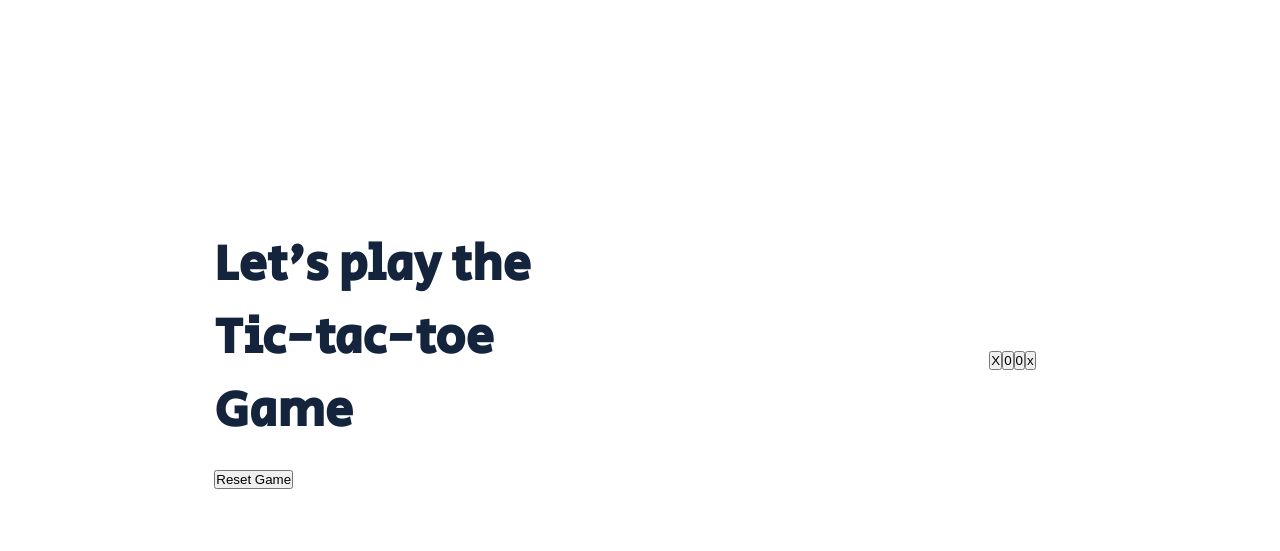
Repository: evergreenx/tic-tac
Page: /
These files come from the project's save history. The page is drawn as it stood at one moment and after a run of saves; the edit follows.
The browser window is 1280 px wide. The pictures show the whole page.
The project was rebuilt for these pictures with package versions that can differ from the ones it lists, and the page was loaded fresh each time.

Above is the page before, as saved 2022-04-21 14:01:24.

### src/index.scss

$primary-color: #13243C;

@import url("https://fonts.googleapis.com/css2?family=Anton&family=Secular+One&display=swap");

* {
  margin: 0;
  padding: 0;
  box-sizing: border-box;
}

body {
  font-family: "Secular One", sans-serif;
}

.App {
  display: flex;
  flex-direction: row;
  align-items: center;
  justify-content: space-around;
  height: 100vh;

  .board-text {
    .heading {
      color: $primary-color;
      font-size: 50px;
      margin-bottom: 20px;
    }


  }
}

@media (max-width: 768px) {
  .App {
    flex-direction: column;
  }
}

### src/App.js
import Board from "./components/Board";

function App() {
  return (
    <section className="App">
      <div className="board-text">
        <h1 className="heading">
          Let's play the <br /> Tic-tac-toe <br />  Game
        </h1>
        <div class="reset--button">
          <button class="reset--button--text">Reset Game</button>
        </div>
      </div>

      <Board />
    </section>
  );
}

export default App;

### src/components/Board.jsx
import React from "react";
import './Board.scss'

function Board() {
  return (
    <div className="board">
      <button>X</button>

      <button>0</button>

      <button>0</button>

      <button>x</button>
    </div>
  );
}

export default Board;

### src/components/Board/Board.scss
.board {
  display: flex;
  flex-direction: row;
   padding: 30px;
}

.game-status{
    align-self: flex-end;
    margin-top: 30px ;
}

Loaded but not shown: public/index.html (common file); src/index.js (common file); src/reportWebVitals.js (common file)

After the next 7 saves:
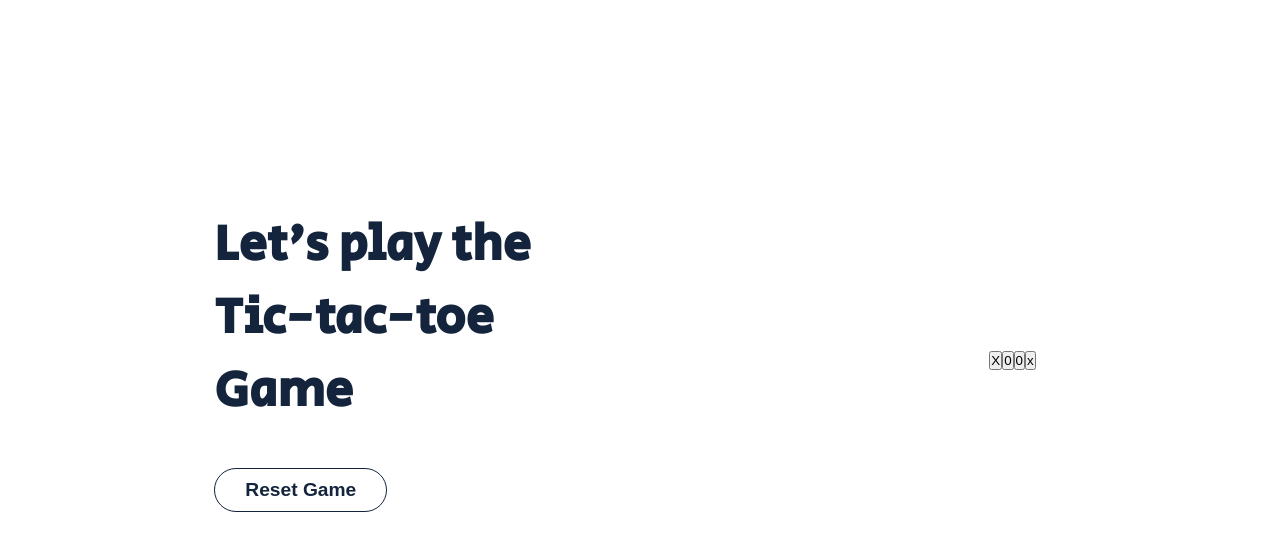
The 7 saves are shown as one change because 3 did not build or start and some came seconds apart.
The last was saved 65 s later.
--- a/src/components/Board/Board.scss
+++ b/src/components/Board/Board.scss
@@ -1,10 +1,21 @@
 .board {
   display: flex;
   flex-direction: row;
-   padding: 30px;
+  padding: 30px;
 }
 
-.game-status{
-    align-self: flex-end;
-    margin-top: 30px ;
+.game-status {
+  align-self: flex-end;
+  margin-top: 30px;
 }
+.reset--button--text {
+  color: #13243C;
+  font-size: 1.2rem;
+  padding: 10px 30px;
+  border: 1px #13243C solid;
+  border-radius: 50px;
+  cursor: pointer;
+  background-color: #fff;
+  margin-top: 20px;
+  font-weight: 600;
+}
